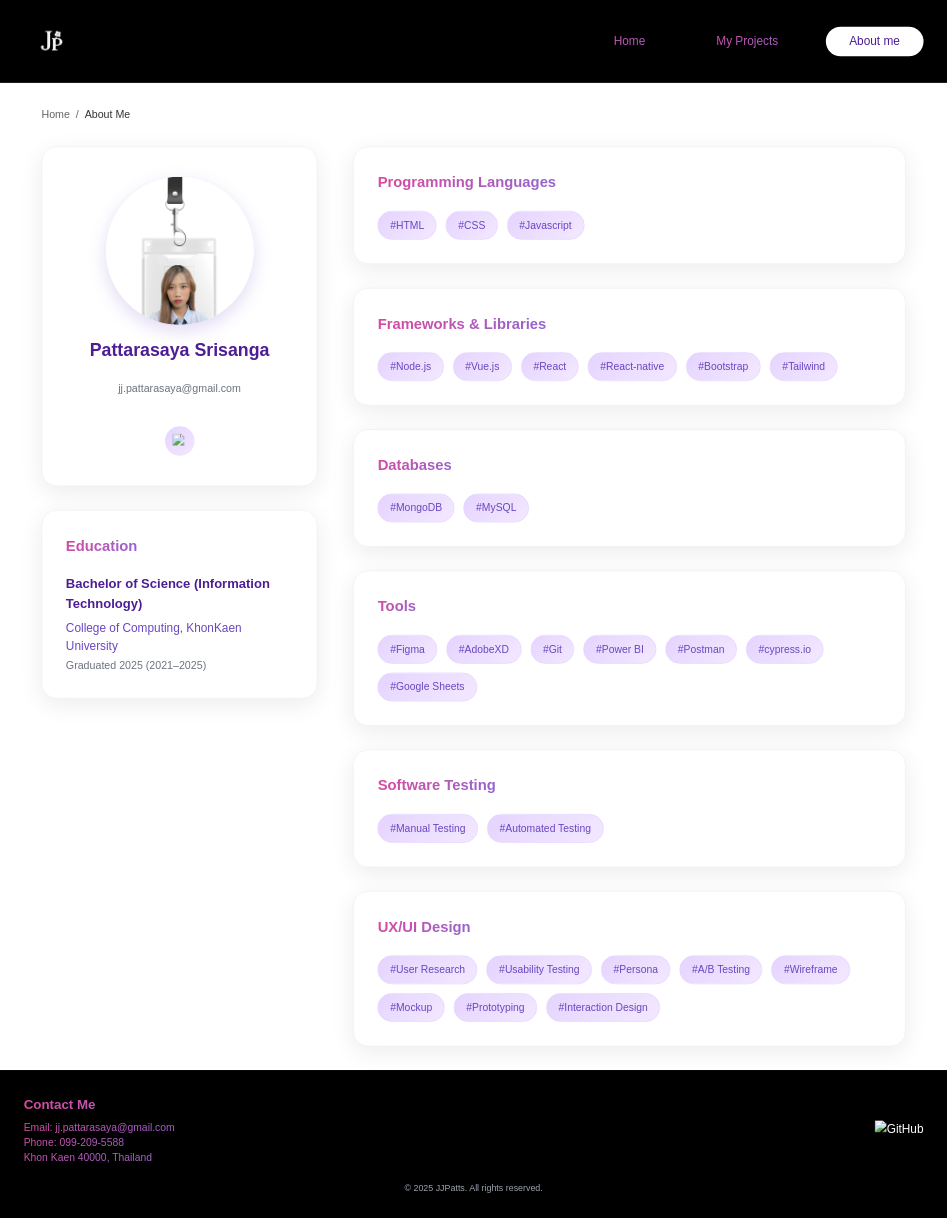
Repository: PattarasayaJJ/Portfolio-jjpatts
Page: /aboutme
These files come from the project's save history. The page is drawn as it stood at one moment and after the next save; the edit follows.
The browser window is 1280 px wide. The pictures show the whole page, at 74% of full size.
The project was rebuilt for these pictures with package versions that can differ from the ones it lists, and the page was loaded fresh each time. Also part of the build but not shown: vite.config.js, vite.config.ts, src/header.css, src/hero.css, src/components/Hero.jsx, src/projects.css, src/components/Works.jsx.

Above is the page before, as saved 2025-08-03 15:14:47.

After the next save:
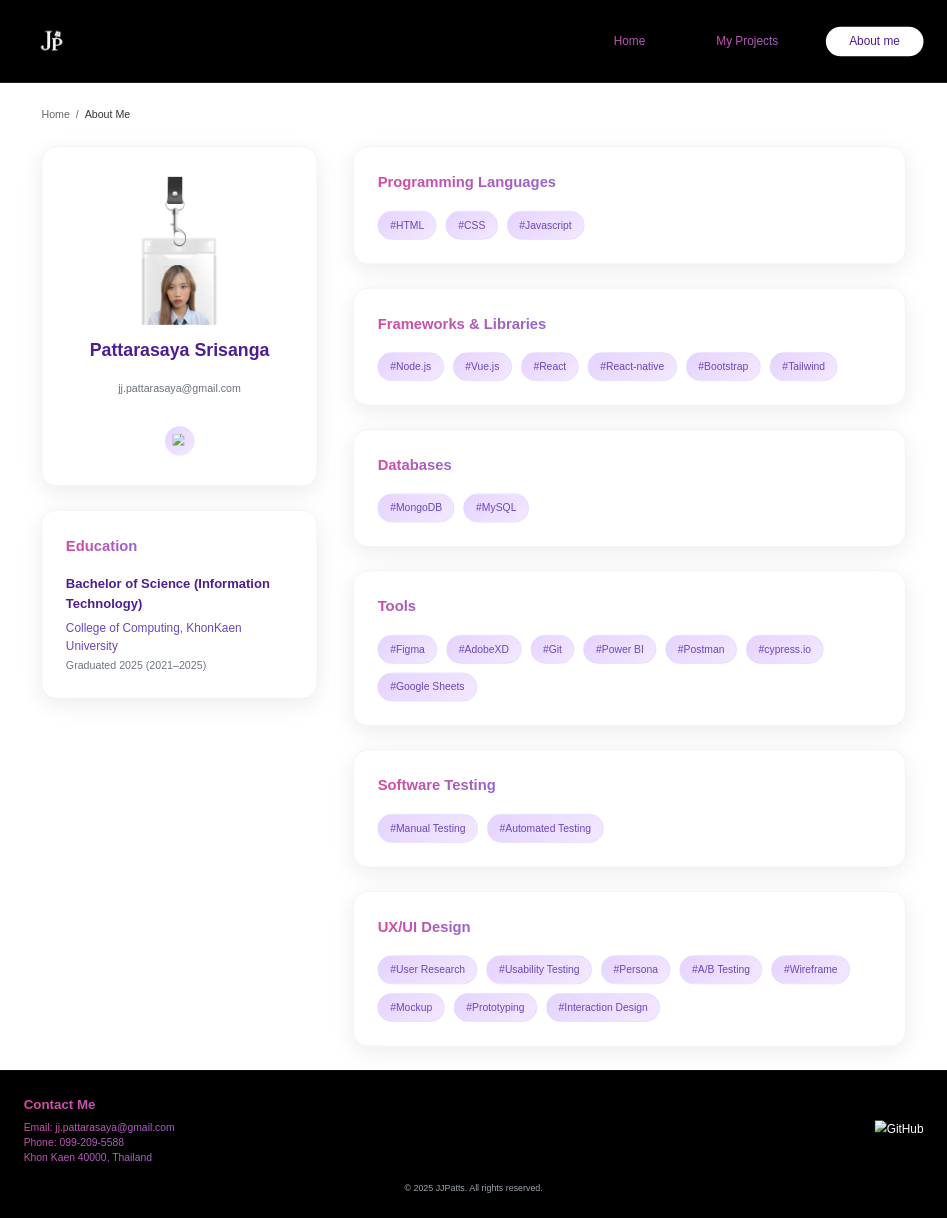
Saved 6 s later.
--- a/src/aboutme.css
+++ b/src/aboutme.css
@@ -66,9 +66,7 @@
 .avatar-wrapper {
   width: 200px;
   height: 200px;
-  border-radius: 50%;
-  overflow: hidden;
-  box-shadow: 0 8px 24px rgba(107, 70, 193, 0.2);
+
   transition: transform 0.3s ease;
 }
 
